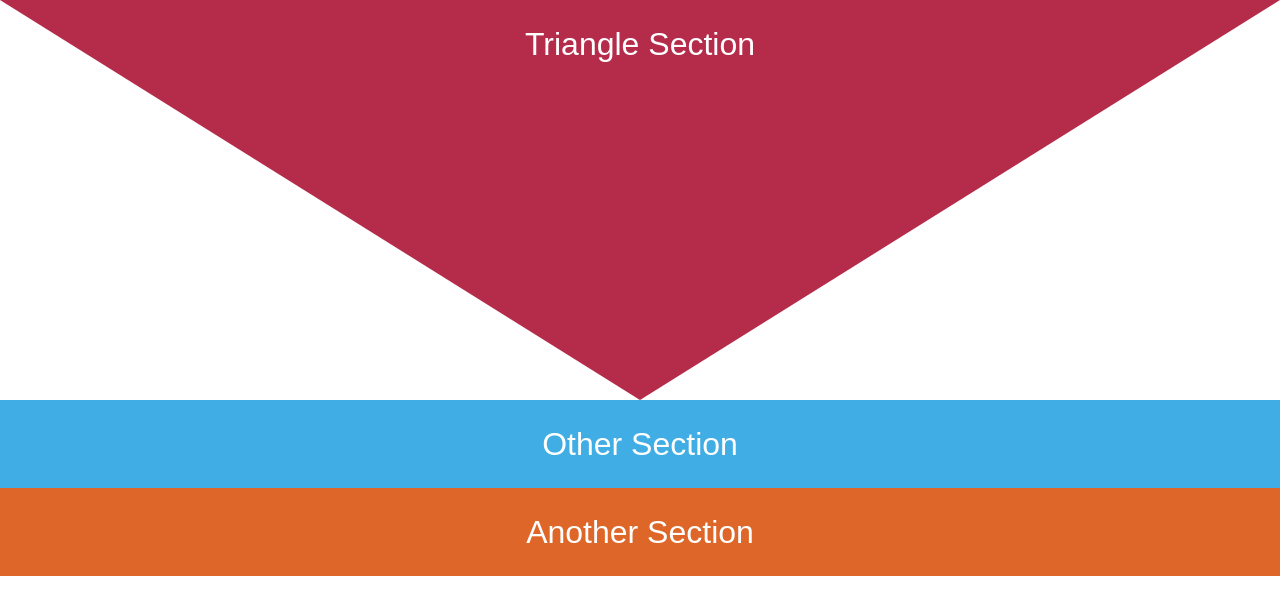
Repository: FrontendProjectsNL/mijn-portfolio-project
Page: /test-skewed-triangle
These files come from the project's save history. The page is drawn as it stood at one moment and after the next save; the edit follows.
The browser window is 1280 px wide. The pictures show the whole page.
The project was rebuilt for these pictures with package versions that can differ from the ones it lists, and the page was loaded fresh each time. The framework's server and built-in components were replaced by stand-ins that run in the browser. Also part of the build but not shown: next.config.mjs.

Above is the page before, as saved 2024-10-23 00:20:11.

### app/layout.tsx
import type { Metadata } from 'next';
import localFont from 'next/font/local';

import { Roboto, Fira_Code, HelveticaNowDisplay } from 'next/font/google';

import './globals.css';

const geistSans = localFont({
  src: './fonts/GeistVF.woff',
  variable: '--font-geist-sans',
  weight: '100 900',
});
const geistMono = localFont({
  src: './fonts/GeistMonoVF.woff',
  variable: '--font-geist-mono',
  weight: '100 900',
});

const roboto = Roboto({
  subsets: ['latin'],
  weight: ['300', '400', '500', '700'],
  variable: '--font-roboto',
});

const firaCode = Fira_Code({
  subsets: ['latin'],
  weight: ['300', '400', '500', '700'],
  variable: '--font-fira-code',
});

export const metadata: Metadata = {
  title: 'Create Next App',
  description: 'Generated by create next app',
};

export default function RootLayout({
  children,
}: Readonly<{
  children: React.ReactNode;
}>) {
  return (
    <html lang="en">
      <body
        className={`${roboto.variable} ${firaCode.variable} ${geistSans.variable} ${geistMono.variable} antialiased`}
      >
        {children}
      </body>
    </html>
  );
}

### app/test-skewed-triangle/page.tsx
import '../test-skewed-triangle/skewed-triangle.css';

interface SkewedTriangleProps {}

const SkewedTriangle: React.FC<SkewedTriangleProps> = () => {
  return (
    <div>
      <div className="block bg-berry edge--triangle">
        <h1>Triangle Section</h1>
      </div>

      <div className="block bg-blue">
        <h1>Other Section</h1>
      </div>

      <div className="block bg-orange">
        <h1>Another Section</h1>
      </div>
    </div>
  );
};

export default SkewedTriangle;

### app/test-skewed-triangle/skewed-triangle.css
.edge--triangle {
  position: relative;
  z-index: 1;
  background: inherit;
  clip-path: polygon(
    50% 100%,
    0 0,
    100% 0
  ); /* Creates the inverted triangle shape */
  height: 400px; /* Adjust height based on your design */
}

/* Background Colors */
.bg-berry {
  background: #b52b4a;
}

.bg-blue {
  background: #41ade5;
}

.bg-orange {
  background: #de6628;
}

.bg-green {
  background: #5e9b42;
}

.block {
  color: #fff;
  font-family: 'Fira Sans', sans-serif;
  padding: 20px;
  text-align: center;
}

h1 {
  font-size: 32px;
  font-weight: 500;
}

p {
  font-size: 14px;
  font-weight: 300;
  margin-top: 0.5em;
}

### tailwind.config.ts
import { Roboto } from 'next/font/google';
import type { Config } from 'tailwindcss';

const config: Config = {
  darkMode: ['class'],
  content: [
    './pages/**/*.{js,ts,jsx,tsx,mdx}',
    './components/**/*.{js,ts,jsx,tsx,mdx}',
    './app/**/*.{js,ts,jsx,tsx,mdx}',
  ],

  theme: {
    extend: {
      // You can define custom animations here
      // keyframes: {
      //   slideKeyframe: {
      //     '0%': { transform: 'translateX(0)' },
      //     '100%': { transform: 'translateX(100%)' },
      //   },
      // },
      // animation: {
      //   slideAnimation: 'slideKeyframe 0.5s ease-in-out',
      // },
      fontFamily: {
        roboto: ['var(--font-roboto)', 'sans-serif'],
        firaCode: ['var(--font-fira-code)', 'monospace'],
      },
      colors: {
        background: 'hsl(var(--background))',
        foreground: 'hsl(var(--foreground))',
        card: {
          DEFAULT: 'hsl(var(--card))',
          foreground: 'hsl(var(--card-foreground))',
        },
        popover: {
          DEFAULT: 'hsl(var(--popover))',
          foreground: 'hsl(var(--popover-foreground))',
        },
        primary: {
          DEFAULT: 'hsl(var(--primary))',
          foreground: 'hsl(var(--primary-foreground))',
        },
        secondary: {
          DEFAULT: 'hsl(var(--secondary))',
          foreground: 'hsl(var(--secondary-foreground))',
        },
        muted: {
          DEFAULT: 'hsl(var(--muted))',
          foreground: 'hsl(var(--muted-foreground))',
        },
        accent: {
          DEFAULT: 'hsl(var(--accent))',
          foreground: 'hsl(var(--accent-foreground))',
        },
        destructive: {
          DEFAULT: 'hsl(var(--destructive))',
          foreground: 'hsl(var(--destructive-foreground))',
        },
        border: 'hsl(var(--border))',
        input: 'hsl(var(--input))',
        ring: 'hsl(var(--ring))',
        chart: {
          '1': 'hsl(var(--chart-1))',
          '2': 'hsl(var(--chart-2))',
          '3': 'hsl(var(--chart-3))',
          '4': 'hsl(var(--chart-4))',
          '5': 'hsl(var(--chart-5))',
        },
      },
      borderRadius: {
        lg: 'var(--radius)',
        md: 'calc(var(--radius) - 2px)',
        sm: 'calc(var(--radius) - 4px)',
      },
    },
  },
  plugins: [require('tailwindcss-animate')],
};
export default config;

Loaded but not shown: app/globals.css (common file)

After the next save:
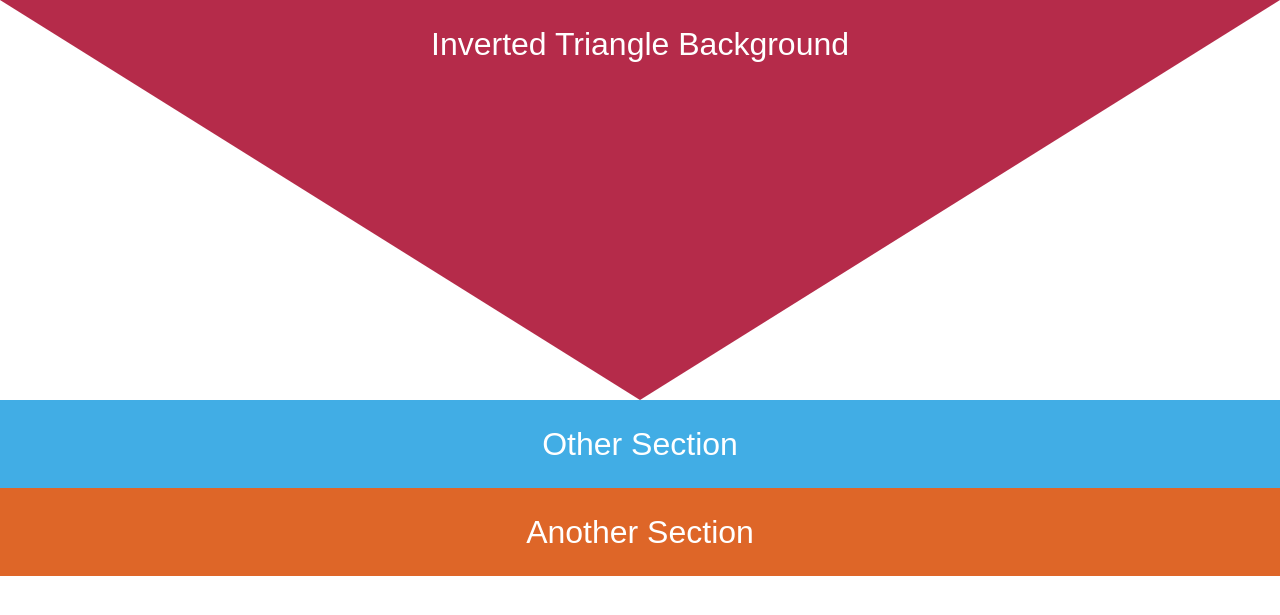
Saved 15 s later.
--- a/app/test-skewed-triangle/page.tsx
+++ b/app/test-skewed-triangle/page.tsx
@@ -6,7 +6,7 @@ const SkewedTriangle: React.FC<SkewedTriangleProps> = () => {
   return (
     <div>
       <div className="block bg-berry edge--triangle">
-        <h1>Triangle Section</h1>
+        <h1>Inverted Triangle Background</h1>
       </div>
 
       <div className="block bg-blue">
